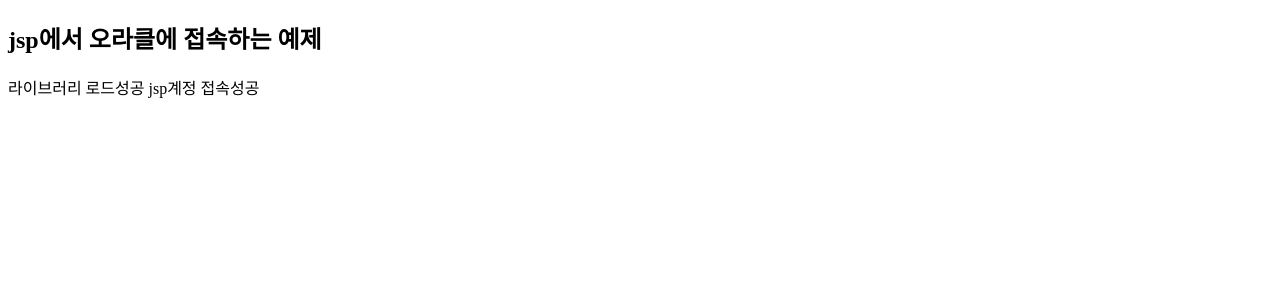
Repository: heyJSH/Study_java_web_sol
Page: http://localhost/jspweb_07/ora_conn.jsp
An editor plug-in stored every save of this project. The page is shown before and after the next save, followed by the edit.
The browser window is 1280 px wide. The pictures show the whole page.
The page is served by Tomcat 9.

Above is the page before, as saved 2024-01-11 06:54:30.

After the next save:
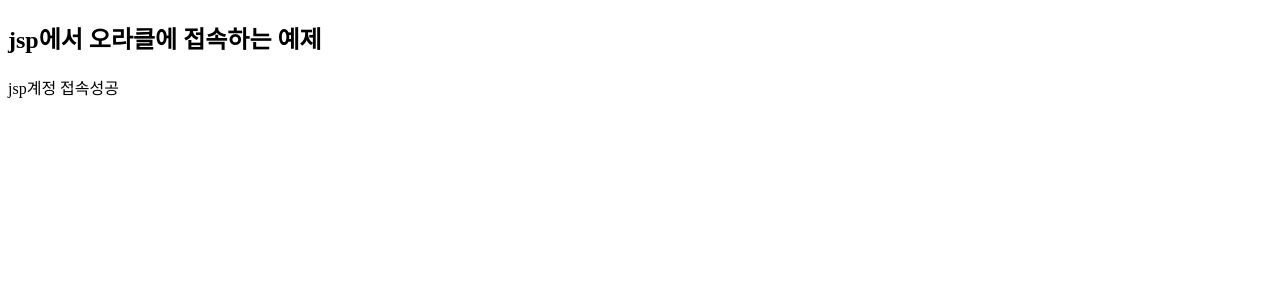
Saved 4 s later.
--- a/teacher_lecture/cotogether/workspace_stsb_4_21/jspweb_07/src/main/webapp/ora_conn.jsp
+++ b/teacher_lecture/cotogether/workspace_stsb_4_21/jspweb_07/src/main/webapp/ora_conn.jsp
@@ -12,12 +12,12 @@
 	<h2>jsp에서 오라클에 접속하는 예제</h2>
 	<%
 		// 1 라이브러리 드라이버를 호출
-		try {
+		/* try {
 			Class.forName("oracle.jdbc.driver.OracleDriver");
 			out.println("라이브러리 로드성공");
 		}catch(Exception e) {
 			out.println("라이브러리 로드실패");
-		}
+		} */
 	    // 라이브러리가 추가되면 서버를 보통 재기동
 
 	    // 2 접속

After the save that followed:
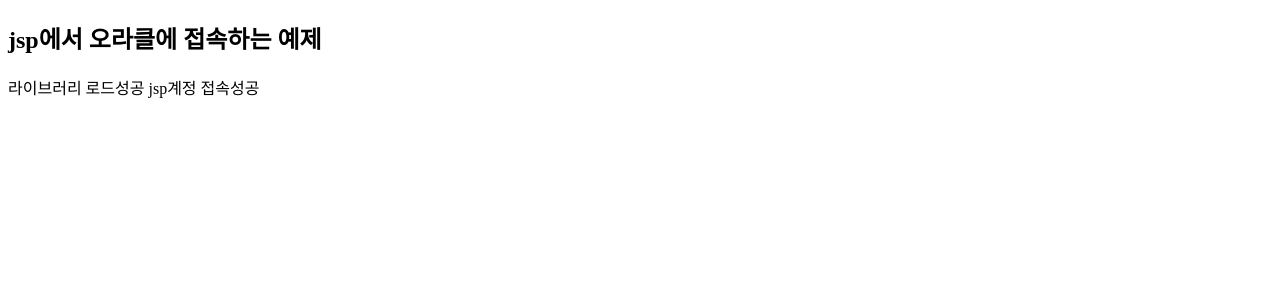
Saved 97 s later.
--- a/teacher_lecture/cotogether/workspace_stsb_4_21/jspweb_07/src/main/webapp/ora_conn.jsp
+++ b/teacher_lecture/cotogether/workspace_stsb_4_21/jspweb_07/src/main/webapp/ora_conn.jsp
@@ -12,12 +12,12 @@
 	<h2>jsp에서 오라클에 접속하는 예제</h2>
 	<%
 		// 1 라이브러리 드라이버를 호출
-		/* try {
+		try {
 			Class.forName("oracle.jdbc.driver.OracleDriver");
 			out.println("라이브러리 로드성공");
 		}catch(Exception e) {
 			out.println("라이브러리 로드실패");
-		} */
+		}
 	    // 라이브러리가 추가되면 서버를 보통 재기동
 
 	    // 2 접속
